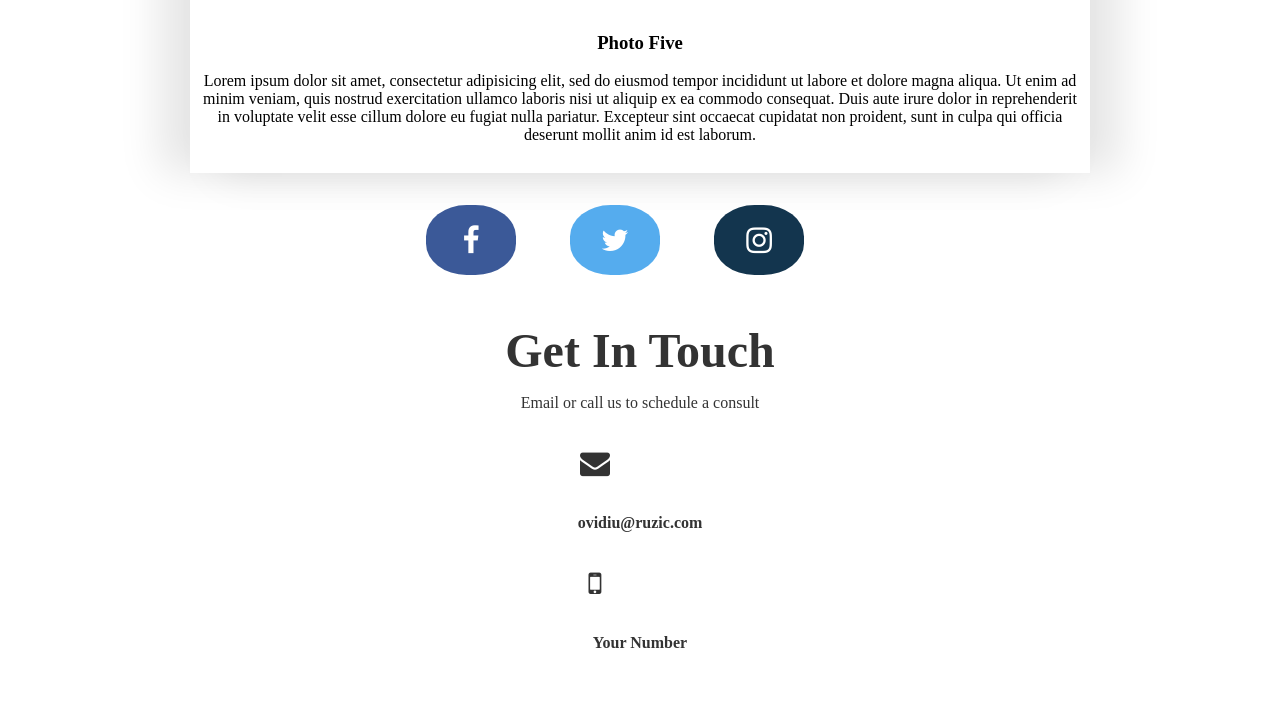
Repository: konstantin0s/mobile-photography
Page: index.html
An editor plug-in stored every save of this project. The page is shown before and after the next save, followed by the edit.
The browser window is 1280 px wide. The pictures show the part of the page from y = 4062 to 4770 px (the page is 4770 px tall before and 4600 px after).

Above is the page before, as saved 2019-05-11 15:04:03.

### index.html
<!DOCTYPE html>
<html lang="en" dir="ltr">
  <head>
    <meta charset="utf-8">
    <meta name="viewport" content="width=device-width, initial-scale=1.0">
    <meta http-equiv="X-UA-Compatible" content="ie=edge">
    <link rel="stylesheet" href="https://cdnjs.cloudflare.com/ajax/libs/font-awesome/4.7.0/css/font-awesome.min.css">
    <link rel="stylesheet" href="css/style.css">

    <title>Mobile Photography</title>
  </head>
  <body>
<main>
  <div id="landing" class="">
    <div id="landing-text" class="">
      <div id="landing-text-inner" class="">
       <img id="logo" src="img/logos.png" />
       <h1>Photography</h1>
        <a href="#images" class="btn" id="view-work">
          View Work
        </a>
      </div>
    </div>
    <div id="landing-image" class="">

    </div>
  </div>

  <div id="images" class="">
<div id="header">
  <h2>Our Work</h2>
</div>
<img src="https://source.unsplash.com/1600x900/?nature,water" alt="">
<div class="caption">
  <h3>Photo One</h3>
  <p>
    Lorem ipsum dolor sit amet, consectetur adipisicing elit, sed do eiusmod tempor incididunt ut labore et dolore magna aliqua. Ut enim ad minim veniam, quis nostrud exercitation ullamco laboris nisi ut aliquip ex ea commodo consequat. Duis aute irure dolor in reprehenderit in voluptate velit esse cillum dolore eu fugiat nulla pariatur. Excepteur sint occaecat cupidatat non proident, sunt in culpa qui officia deserunt mollit anim id est laborum.

  </p>
</div>

<img src="https://source.unsplash.com/1600x900/?nature,clouds" alt="">
<div class="caption">
  <h3>Photo Two</h3>
  <p>
    Lorem ipsum dolor sit amet, consectetur adipisicing elit, sed do eiusmod tempor incididunt ut labore et dolore magna aliqua. Ut enim ad minim veniam, quis nostrud exercitation ullamco laboris nisi ut aliquip ex ea commodo consequat. Duis aute irure dolor in reprehenderit in voluptate velit esse cillum dolore eu fugiat nulla pariatur. Excepteur sint occaecat cupidatat non proident, sunt in culpa qui officia deserunt mollit anim id est laborum.

  </p>
</div>

<img src="https://source.unsplash.com/1600x900/?nature,animals" alt="">
<div class="caption">
  <h3>Photo Three</h3>
  <p>
    Lorem ipsum dolor sit amet, consectetur adipisicing elit, sed do eiusmod tempor incididunt ut labore et dolore magna aliqua. Ut enim ad minim veniam, quis nostrud exercitation ullamco laboris nisi ut aliquip ex ea commodo consequat. Duis aute irure dolor in reprehenderit in voluptate velit esse cillum dolore eu fugiat nulla pariatur. Excepteur sint occaecat cupidatat non proident, sunt in culpa qui officia deserunt mollit anim id est laborum.

  </p>
</div>

<img src="https://source.unsplash.com/1600x900/?nature,trees" alt="">
<div class="caption">
  <h3>Photo Four/h3>
  <p>
    Lorem ipsum dolor sit amet, consectetur adipisicing elit, sed do eiusmod tempor incididunt ut labore et dolore magna aliqua. Ut enim ad minim veniam, quis nostrud exercitation ullamco laboris nisi ut aliquip ex ea commodo consequat. Duis aute irure dolor in reprehenderit in voluptate velit esse cillum dolore eu fugiat nulla pariatur. Excepteur sint occaecat cupidatat non proident, sunt in culpa qui officia deserunt mollit anim id est laborum.

  </p>
</div>

<img src="https://source.unsplash.com/1600x900/?nature,flowers" alt="">
<div class="caption">
  <h3>Photo Five</h3>
  <p>
    Lorem ipsum dolor sit amet, consectetur adipisicing elit, sed do eiusmod tempor incididunt ut labore et dolore magna aliqua. Ut enim ad minim veniam, quis nostrud exercitation ullamco laboris nisi ut aliquip ex ea commodo consequat. Duis aute irure dolor in reprehenderit in voluptate velit esse cillum dolore eu fugiat nulla pariatur. Excepteur sint occaecat cupidatat non proident, sunt in culpa qui officia deserunt mollit anim id est laborum.

  </p>
</div>

  </div>

</main>

<footer>
    <a href="#" class="fa fa-facebook"></a>
    <a href="#" class="fa fa-twitter"></a>
    <a href="#" class="fa fa-instagram"></a>

  <h3>Get In Touch</h3>
  <p>Email or call us to schedule a consult</p>
 <div class="container">
    <i class="fa fa-envelope fa-5x" aria-hidden="true"></i
      ><p><strong>ovidiu@ruzic.com</strong>
    </p>
    <i class="fa fa-mobile fa-5x" aria-hidden="true"></i>
     <p> <strong>Your Number</strong></p>
 </div>
</footer>
<script
src="https://code.jquery.com/jquery-3.3.1.min.js"
integrity="sha256-FgpCb/KJQlLNfOu91ta32o/NMZxltwRo8QtmkMRdAu8="
crossorigin="anonymous"></script>
<script type="text/javascript" src="js/main.js">

</script>
  </body>
</html>

### css/style.css
import url('https://fonts.googleapis.com/css?family=Open+Sans');

body {
  font-family: 'Open Sans', sans-serif;
  margin: 0;
  background-color: #eee;
  height: auto;
}

h1{
  font-weight: 400;
  font-size: 2.5rem;
  text-transform: uppercase;
  margin: 0;
  border-bottom: 1px solid black;
  top: -90px;
  position: relative;
}

h2 {
  font-weight: 400;
  font-size: 1.2rem;
  text-transform: capitalize;
  margin: 0;
}

img {
  display: block;
  width: 100%;
}

#logo {
  top: -80px;
  position: relative;
}

main {
  max-width: 900px;
  margin: auto;
  box-shadow: 30px 0px 40px rgba(0,0,0,0.1), -30px 0px 40px rgba(0,0,0,0.1);
}

#landing {
  background: #fff;
  }

#landing-text {
display: flex;
flex: 0 1 40vw;
height: 50vh;
justify-content: center;
align-items: center;
text-align: center;
padding-right: 1rem;
padding-left: 1rem;
}

#landing-text h2 {
  color: #888;
}
.btn {
  padding: 0.5rem 2rem;
  border: 1px #ccc solid;
  display: inline-block;
  margin: 2rem 0 0;
  border-radius: 50px;
  text-decoration: none;
  color: #333;
  transition: background 500ms ease;
}

#landing-image {
  background: url(https://source.unsplash.com/De8wMYoSSBc);
  background-position: center;
  background-size: cover;
  background-repeat: no-repeat;
  height: 50vh;
  flex: 0 1 60vw;
  margin: 0;
}

.btn:hover {
  background: #f4f4f4;
}

#header {
  padding: 1.5rem;
  text-align: center;
  background: #333;
  color: #fff;
}

#header h2 {
  border-left: dotted 1px #fff;
  border-right: dotted 1px #fff;
display: inline-block;
padding-right: 1rem;
padding-left: 1rem;
}

.caption {
  padding: 0.8rem;
  text-align: center;
}

footer {
  text-align: center;
  padding: 2rem 1rem;
  margin: auto;
  color: #333;
}

footer h3 {
  font-size: 3rem;
  margin-bottom: 0;
}

.fa {
  padding: 20px;
  margin-right: 50px;
  font-size: 30px;
  width: 50px;
  text-align: center;
  text-decoration: none;
  border-radius: 45%;
}

/* Add a hover effect if you want */
.fa:hover {
  opacity: 0.7;
}

/* Set a specific color for each brand */

/* Facebook */
.fa-facebook {
  background: #3B5998;
  color: white;
}

/* Twitter */
.fa-twitter {
  background: #55ACEE;
  color: white;
}

/* Instagram */
.fa-instagram {
  background: rgb(19, 53, 78);
  color: white;
}

/* Email & Phone*/

.fa-envelope {
  position: relative;
  left:-20px;
  height: 30px;
}

.fa-mobile {
position: relative;
left:-20px;
height: 30px;
}


/* Screen size 500px and up*/
@media(min-width: 500px) {
  #landing {
    display: flex;
    height: 100%;
  }
  #landing-text {
    height: 100vh;
  }
  #landing-image {
    height: 100vh;
  }
}

/* Screen size 700px and up*/
@media(min-width: 700px) {
  .btn {
    padding: 1rem 3rem;
  }
}

/* Screen size 700px and up*/
@media(max-width: 500px) {
  .btn {
    padding: 1rem 3rem;
  }


  #logo {
    display: flex;
    width: 200px;
    height: 150px;
    flex-direction: column;
    top: -30px;
    position: relative;
  }

  h1 {

    flex-direction: column;
    top: -20px;
  font-size: 28px;
  border-bottom: 1px solid black;
  }
}

### js/main.js
//animate smooth scroll
$('#view-work').on('click', function() {
  const images = $('#images').position().top;

  $('html, body').animate({
    scrollTop: images
  }, 900)
});

After the next save:
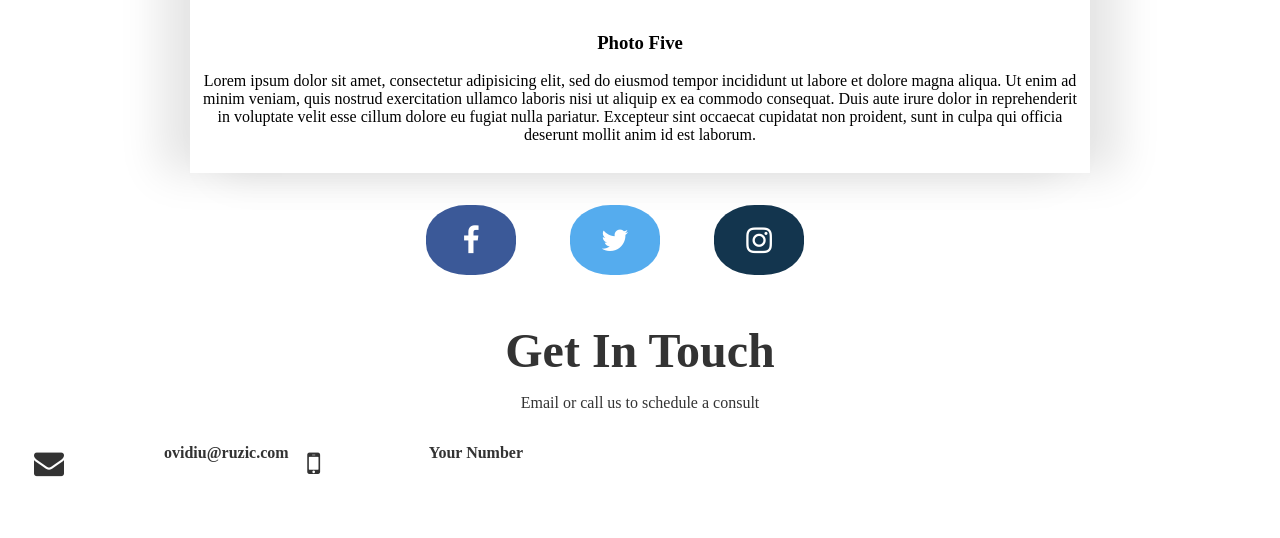
Saved 28 s later.
--- a/css/style.css
+++ b/css/style.css
@@ -164,6 +164,10 @@ left:-20px;
 height: 30px;
 }
 
+.container {
+  display: flex;
+ flex-direction: row;
+}
 
 /* Screen size 500px and up*/
 @media(min-width: 500px) {
